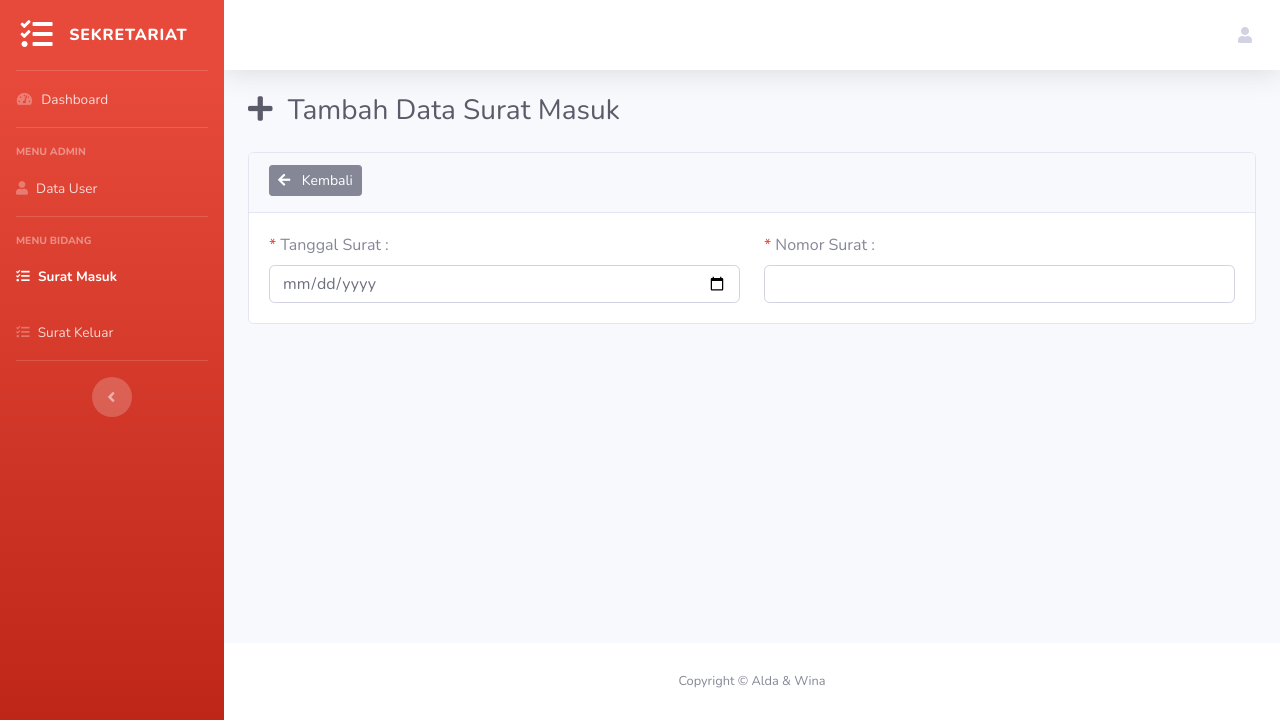
Repository: aldasamrotulfuadah/projek-PKL
Page: http://localhost/suratmasuk/create
These files come from the project's save history. The page is drawn as it stood at one moment and after the next save; the edit follows.
The browser window is 1280 px wide. The pictures show the whole page.
The page is served by the project's Laravel application, run on PHP 8.4 with Laravel 12. A made-up administrator, Test User (test@example.com), is signed in.

Above is the page before, as saved 2026-03-12 11:04:41.

After the next save:
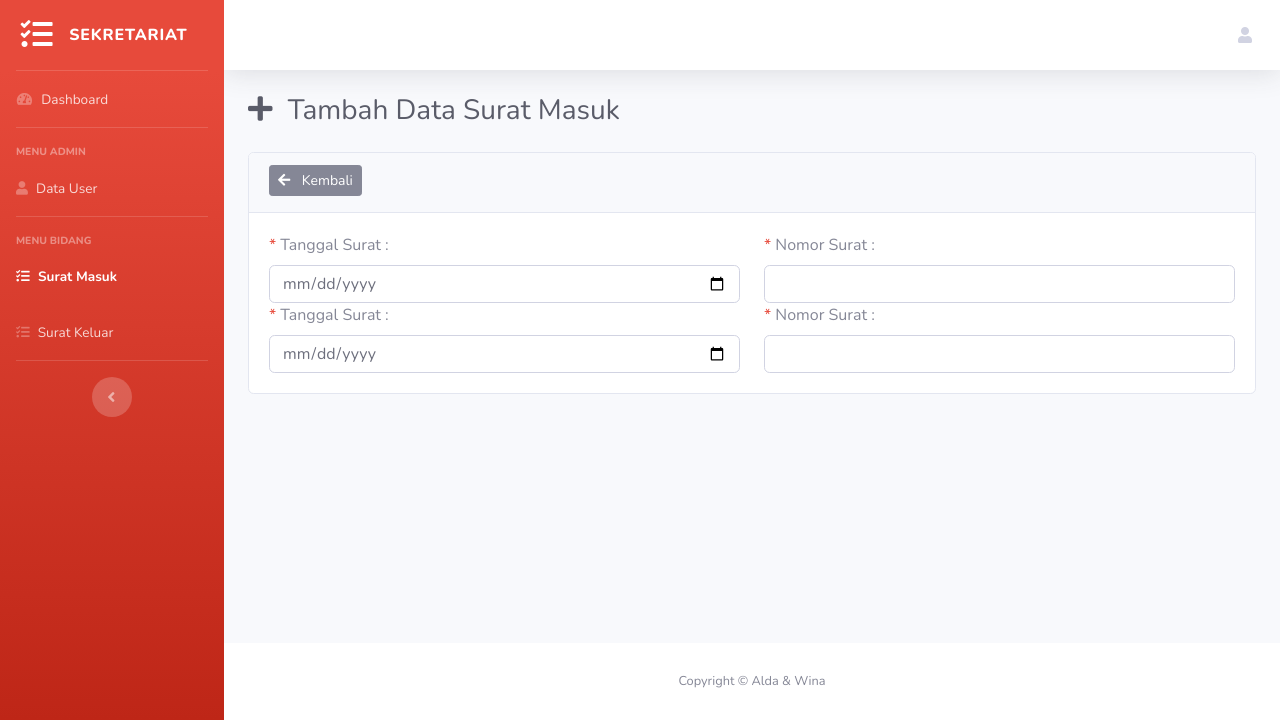
Saved 17 s later.
--- a/resources/views/suratm/create.blade.php
+++ b/resources/views/suratm/create.blade.php
@@ -34,6 +34,22 @@
                     <input type="text" name="nomor" class="form-control">
                 </div>
             </div>
+            <div class="row">
+                <div class="col-6">
+                    <label class="form-label">
+                        <span class="text-danger">*</span>
+                        Tanggal Surat :
+                    </label>
+                    <input type="date" name="tanggal" class="form-control">
+                </div>
+                <div class="col-6">
+                    <label class="form-label">
+                        <span class="text-danger">*</span>
+                        Nomor Surat :
+                    </label>
+                    <input type="text" name="nomor" class="form-control">
+                </div>
+            </div>
         </div>
     </div>
 
